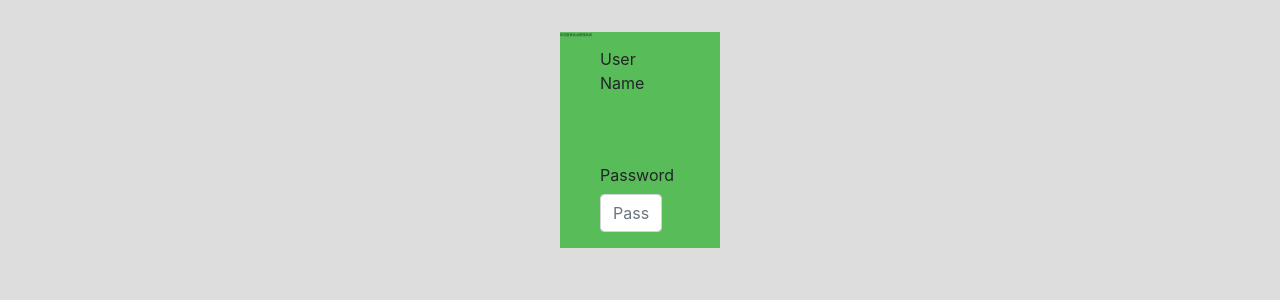
Repository: gzh51904/baiyangApp
Page: / (app in houtai/Vue-admin/)
These files come from the project's save history. The page is drawn as it stood at one moment and after the next save; the edit follows.
The browser window is 1280 px wide. The pictures show the whole page.
The project was rebuilt for these pictures with package versions that can differ from the ones it lists, and the page was loaded fresh each time. Also part of the build but not shown: houtai/Vue-admin/vue.config.js.

Above is the page before, as saved 2019-05-11 09:56:10.

### houtai/Vue-admin/public/index.html
<!DOCTYPE html>
<html lang="en">
  <head>
    <meta charset="utf-8">
    <meta http-equiv="X-UA-Compatible" content="IE=edge">
    <meta name="viewport" content="width=device-width,initial-scale=1.0">
    <link rel="icon" href="<%= BASE_URL %>favicon.ico">
    <title>secco-admin</title>
    <style>
    html,body{
      width:100%;
      height:100%;
    }

    </style>
  </head>
  <body>

    <div id="app"></div>
    <!-- built files will be auto injected -->
  </body>
</html>

### houtai/Vue-admin/src/main.js
import Vue from 'vue'
import App from './App.vue'
import router from './router/router'
import store from './store'

// import axios from "axios";
// Vue.prototype.$axios = axios;

// import bootstrap lib to the project,没有路径就会直接去找node_modules
import "bootstrap";

import 'lib-flexible';
Vue.config.productionTip = false

new Vue({
  router,
  store,
  render: h => h(App)
}).$mount('#app')

### houtai/Vue-admin/src/App.vue
<template>
  <div id="app">

    <router-view/>
  </div>
</template>
<script>
export default {

}
</script>

<style>
@import  '../node_modules/bootstrap/dist/css/bootstrap.css';

#app{
  height:100%;
  width:100%;
  background-color: #ddd;
  overflow:hidden;
}
</style>

### houtai/Vue-admin/src/router/router.js
import Vue from 'vue'
import Router from 'vue-router'
import Login from '../pages/login.vue'


Vue.use(Router)

export default new Router({
  mode: 'history',
  base: process.env.BASE_URL,
  routes: [
    {
      path: '/',
      name: 'Login',
      component: Login
    },
    {
      path: '/admin',
      name: 'admin',
      meta: {
        requireAuth: true
      },
      // route level code-splitting
      // this generates a separate chunk (about.[hash].js) for this route
      // which is lazy-loaded when the route is visited.
      component: () => import(/* webpackChunkName: "about" */ '../pages/admin/admin.vue'),
      children: [
        {
          path: 'goods',
          name: 'goods',
          title: '商品管理',
          component: () => import('../pages/admin/goods/goods'),//路径要自己改
          children:[
            {
              path: 'list',
              name: 'list',
              title: '商品列表',
              component: () => import('../pages/admin/goods/list'),//路径要自己改
            },
            {
              path: 'categories',
              name: 'categories',
              title: '商品分类',
              component: () => import('../pages/admin/goods/categories'),//路径要自己改
            },
            {
              path: 'addgoods',
              name: 'addgoods',
              title: '添加商品',
              component: () => import('../pages/admin/goods/addgoods'),//路径要自己改
            },
          ]
        },
        {
          path: 'users',
          name: 'users',
          title: '用户管理',
          component: () => import('../pages/admin/users/users'),//路径要自己改
          children:[
            {
              path: 'list',
              name: 'list',
              title: '用户列表',
              component: () => import('../pages/admin/users/list'),//路径要自己改
            },
            {
              path: 'adduser',
              name: 'adduser',
              title: '添加用户',
              component: () => import('../pages/admin/users/adduser'),//路径要自己改
            },

          ]
        },
      ]
    }
  ]
})

### houtai/Vue-admin/src/store/index.js
import Vue from 'vue'
import Vuex from 'vuex'
import createPersistedState from 'vuex-persistedstate'

Vue.use(Vuex)

/* eslint-disable no-new */
const store = new Vuex.Store({
  plugins: [createPersistedState()],
  modules: {
  }
})

export default store

### houtai/Vue-admin/src/pages/login.vue
<template>
<div class="login">
    <h3>欢迎登录后台管理系统</h3>

<form class="login-form">
  <div class="form-group row">
    <label for="username" class="col-sm-2 col-form-label">User Name</label>
    <div class="col-sm-10">
      <input type="text" readonly class="form-control-plaintext" id="username" >
    </div>
  </div>
  <div class="form-group row">
    <label for="inputPassword" class="col-sm-2 col-form-label">Password</label>
    <div class="col-sm-10">
      <input type="password" class="form-control" id="inputPassword" placeholder="Password">
    </div>
  </div>
</form>


</div>
</template>
<script>
export default {

}
</script>
<style lang="scss" scoped>
.login{
    margin: 2rem auto;
    overflow:hidden;
    width: 10rem;
    /* height:5rem; */
    background-color:#58bc58;
    padding-top:.013333rem;
    h3{
        margin: .133333rem auto;
        font-size: .2rem;
    }
    .login-form{
        width:5rem;
        margin:0px auto;
    }
}
</style>

After the next save:
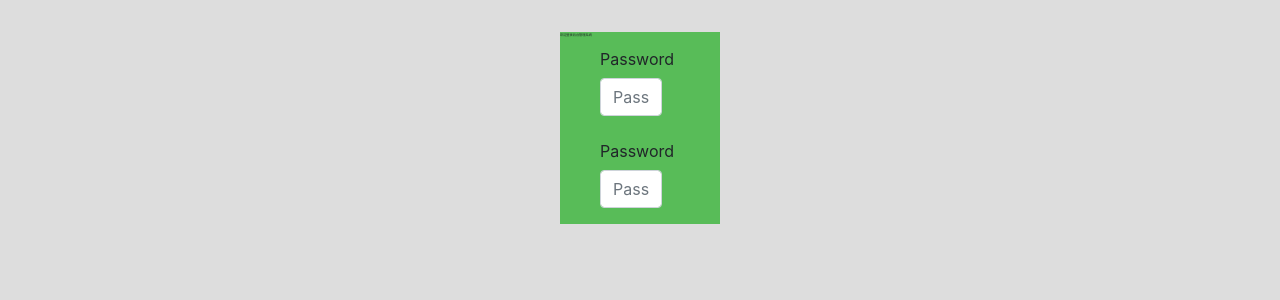
Saved 62 s later.
--- a/houtai/Vue-admin/src/pages/login.vue
+++ b/houtai/Vue-admin/src/pages/login.vue
@@ -3,10 +3,10 @@
     <h3>欢迎登录后台管理系统</h3>
 
 <form class="login-form">
-  <div class="form-group row">
-    <label for="username" class="col-sm-2 col-form-label">User Name</label>
+   <div class="form-group row">
+    <label for="inputUsername" class="col-sm-2 col-form-label">Password</label>
     <div class="col-sm-10">
-      <input type="text" readonly class="form-control-plaintext" id="username" >
+      <input type="password" class="form-control" id="inputUsername" placeholder="Password">
     </div>
   </div>
   <div class="form-group row">
